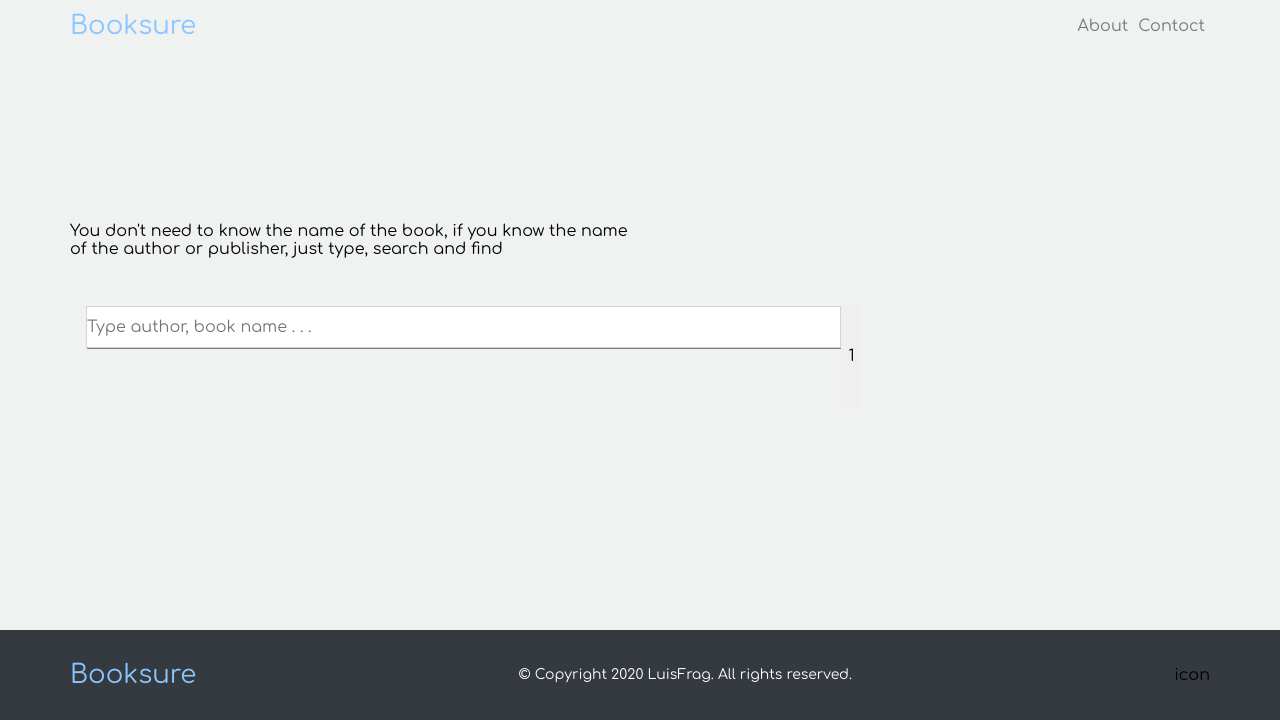
Repository: changesxxx/searchBooks
Page: /search
An editor plug-in stored every save of this project. The page is shown before and after the next save, followed by the edit.
The browser window is 1280 px wide. The pictures show the whole page.
The project was rebuilt for these pictures with package versions that can differ from the ones it lists, and the page was loaded fresh each time. Also part of the build but not shown: craco.config.js.

Above is the page before, as saved 2024-06-24 18:10:30.

After the next save:
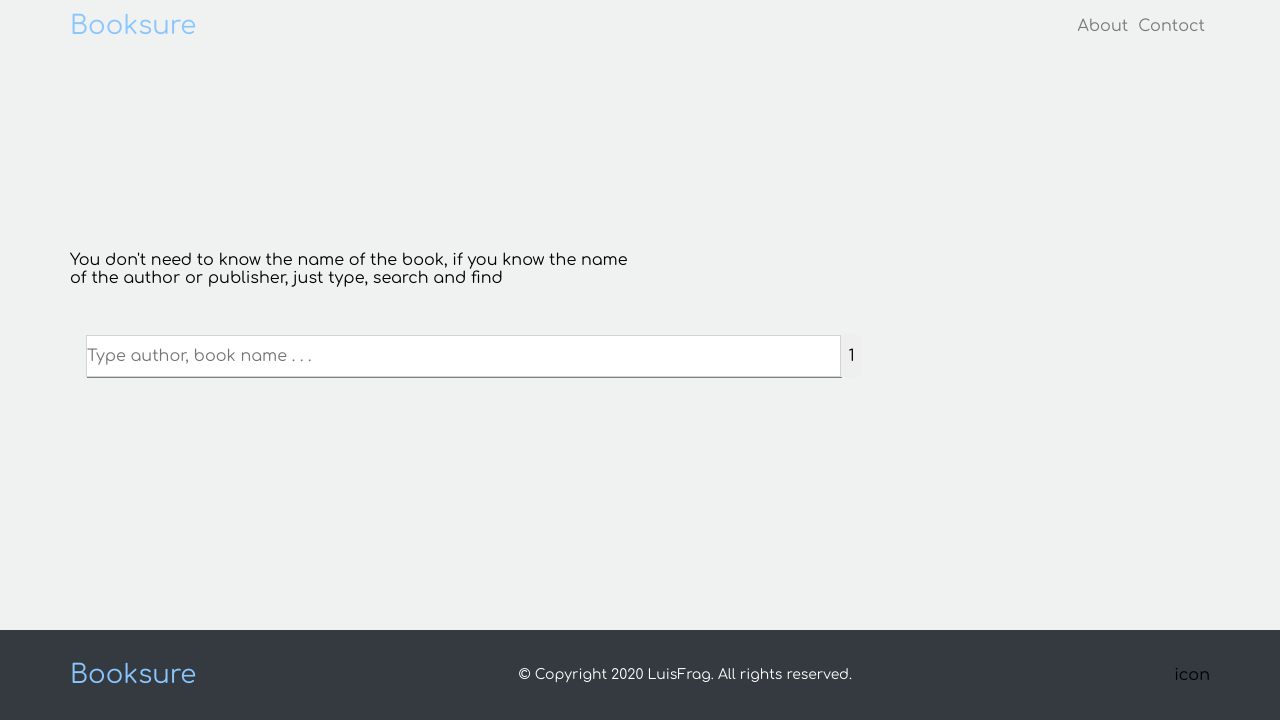
Saved 18 s later.
--- a/src/view/search/style.js
+++ b/src/view/search/style.js
@@ -28,7 +28,6 @@ const searchWrapper = styled.div`
 
     .search-btn {
       width: 20px;
-      height: 100px;
     }
   }
 `
